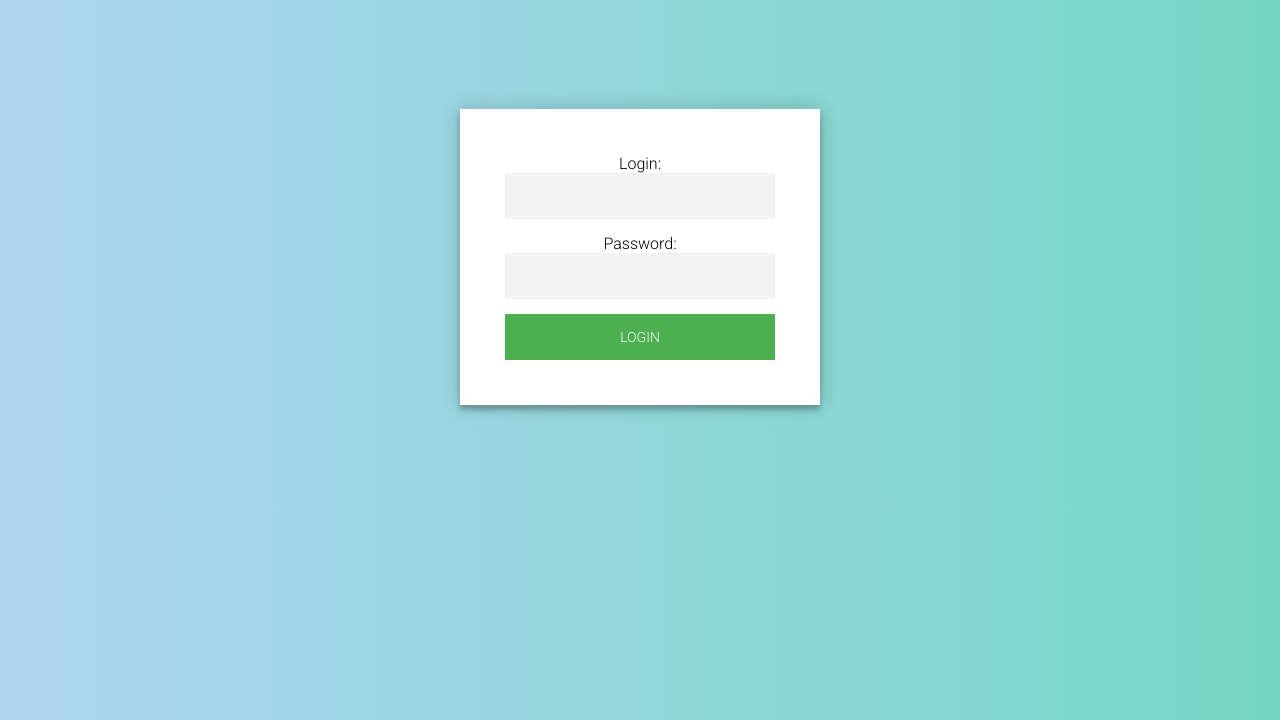
Repository: ViniciusBeletella/project-jsp
Page: http://localhost/project-jsp/
These files come from the project's save history. The page is drawn as it stood at one moment and after the next save; the edit follows.
The browser window is 1280 px wide. The pictures show the whole page.
The page is served by Tomcat 9. Other server files are loaded and not shown.

Above is the page before, as saved 2019-12-20 13:13:16.

### project-jsp/WebContent/index.jsp
<%@ page language="java" contentType="text/html; charset=UTF-8"
	pageEncoding="UTF-8"%>
<!DOCTYPE html>
<html>
<head>
<meta charset="UTF-8">
<title>Welcome to VNSComp</title>
<link rel="stylesheet" href="resources/css/style.css">
</head>
<body>
	<div class="login-page">
		<div class="form">
			<form action="LoginCheck" method="post" class="login-form">
			Login: <input type="text" id="uname" name="uname"> <br/>
			Password: <input type="password" id="password" name="password"><br />
			<button type="submit" value="login">Login</button>
			</form>
		</div>
	</div>
</body>
</html>

### project-jsp/WebContent/resources/css/style.css
@charset "UTF-8";
@import url(https://fonts.googleapis.com/css?family=Roboto:300);

.login-page {
  width: 360px;
  padding: 8% 0 0;
  margin: auto;
}
.form {
  position: relative;
  z-index: 1;
  background: #FFFFFF;
  max-width: 360px;
  margin: 0 auto 100px;
  padding: 45px;
  text-align: center;
  box-shadow: 0 0 20px 0 rgba(0, 0, 0, 0.2), 0 5px 5px 0 rgba(0, 0, 0, 0.24);
}
.form input {
  font-family: "Roboto", sans-serif;
  outline: 0;
  background: #f2f2f2;
  width: 100%;
  border: 0;
  margin: 0 0 15px;
  padding: 15px;
  box-sizing: border-box;
  font-size: 14px;
}
.form button {
  font-family: "Roboto", sans-serif;
  text-transform: uppercase;
  outline: 0;
  background: #4CAF50;
  width: 100%;
  border: 0;
  padding: 15px;
  color: #FFFFFF;
  font-size: 14px;
  -webkit-transition: all 0.3 ease;
  transition: all 0.3 ease;
  cursor: pointer;
}
.form button:hover,.form button:active,.form button:focus {
  background: #43A047;
}
.form .message {
  margin: 15px 0 0;
  color: #b3b3b3;
  font-size: 12px;
}
.form .message a {
  color: #4CAF50;
  text-decoration: none;
}
.form .register-form {
  display: none;
}
.container {
  position: relative;
  z-index: 1;
  max-width: 300px;
  margin: 0 auto;
}
.container:before, .container:after {
  content: "";
  display: block;
  clear: both;
}
.container .info {
  margin: 50px auto;
  text-align: center;
}
.container .info h1 {
  margin: 0 0 15px;
  padding: 0;
  font-size: 36px;
  font-weight: 300;
  color: #1a1a1a;
}
.container .info span {
  color: #4d4d4d;
  font-size: 12px;
}
.container .info span a {
  color: #000000;
  text-decoration: none;
}
.container .info span .fa {
  color: #EF3B3A;
}
body {
  background: #A9CCE3; /* fallback for old browsers */
  background: -webkit-linear-gradient(right, #76D7C4, #AED6F1 );
  background: -moz-linear-gradient(right, #76D7C4, #AED6F1 );
  background: -o-linear-gradient(right, #76D7C4, #AED6F1 );
  background: linear-gradient(to left, #76D7C4, #AED6F1 );
  font-family: "Roboto", sans-serif;
  -webkit-font-smoothing: antialiased;
  -moz-osx-font-smoothing: grayscale;
}

After the next save:
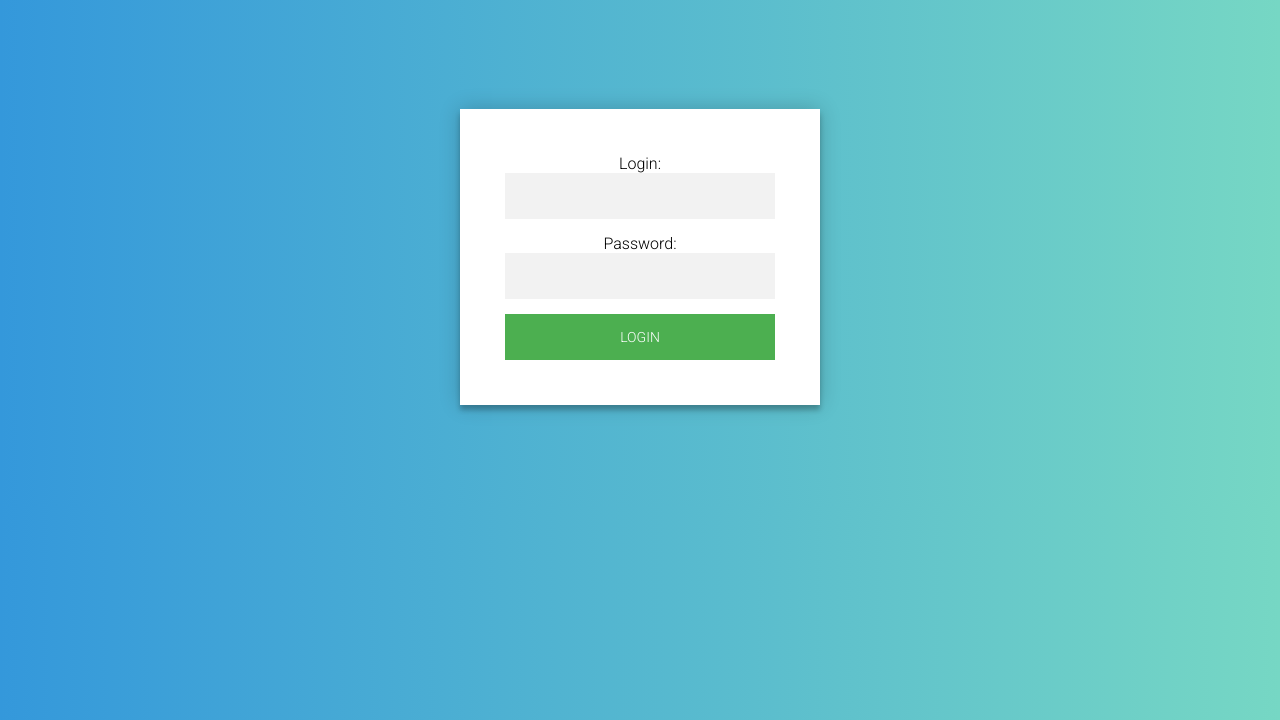
Saved 67 s later.
--- a/project-jsp/WebContent/resources/css/style.css
+++ b/project-jsp/WebContent/resources/css/style.css
@@ -90,11 +90,11 @@
   color: #EF3B3A;
 }
 body {
-  background: #A9CCE3; /* fallback for old browsers */
-  background: -webkit-linear-gradient(right, #76D7C4, #AED6F1 );
-  background: -moz-linear-gradient(right, #76D7C4, #AED6F1 );
-  background: -o-linear-gradient(right, #76D7C4, #AED6F1 );
-  background: linear-gradient(to left, #76D7C4, #AED6F1 );
+  background: #3498DB; /* fallback for old browsers */
+  background: -webkit-linear-gradient(right, #76D7C4, #3498DB );
+  background: -moz-linear-gradient(right, #76D7C4, #3498DB );
+  background: -o-linear-gradient(right, #76D7C4, #3498DB );
+  background: linear-gradient(to left, #76D7C4, #3498DB );
   font-family: "Roboto", sans-serif;
   -webkit-font-smoothing: antialiased;
   -moz-osx-font-smoothing: grayscale;
